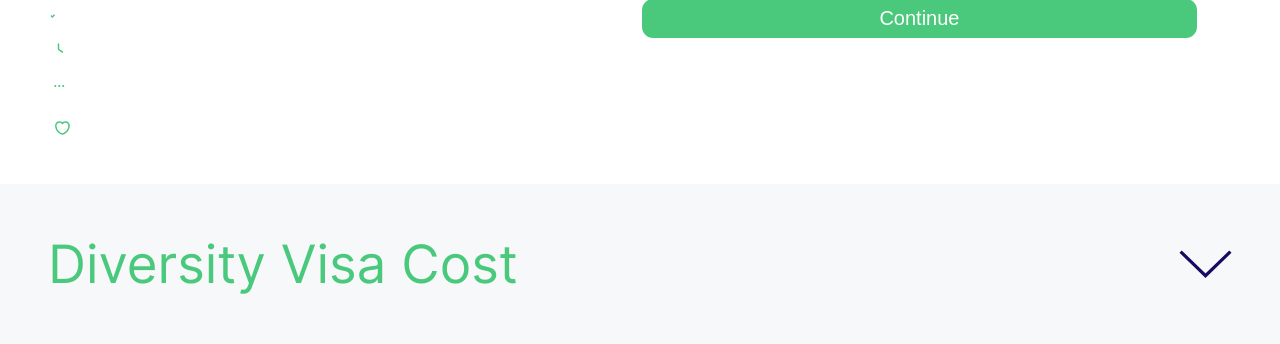
Repository: switch247/small_ui
Page: /
The author's editor kept a copy of each file at every save. The page is drawn from the files as they stood at one save, then again after the next save.
The browser window is 1280 px wide. The pictures show the part of the page from y = 723 to 1675 px (the page is 1067 px tall before and 1858 px after).
The project was rebuilt for these pictures with package versions that can differ from the ones it lists, and the page was loaded fresh each time.

Above is the page before, as saved 2023-10-12 17:26:26.

After the next save:
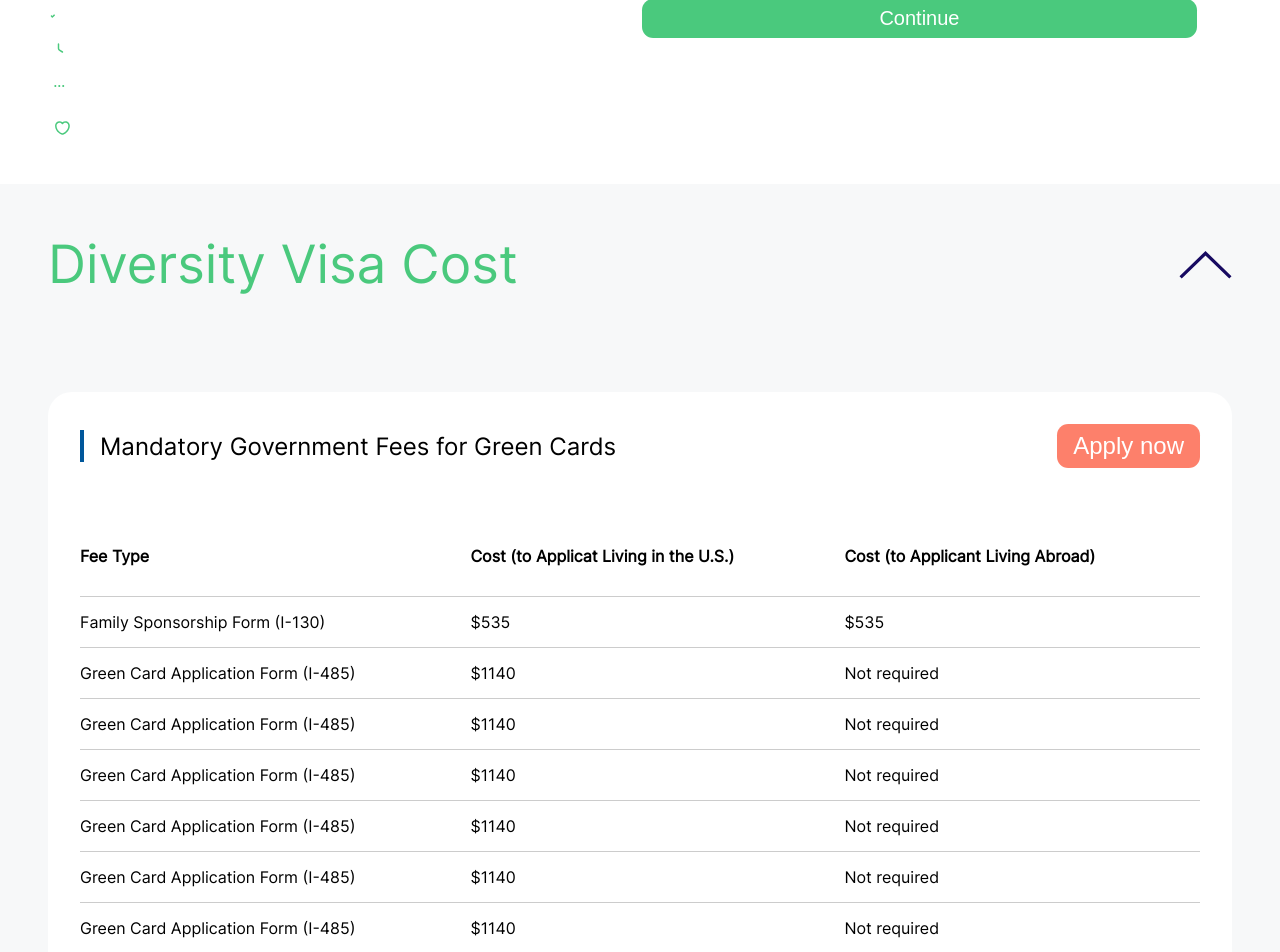
Saved 19 s later.
--- a/src/components/Description.tsx
+++ b/src/components/Description.tsx
@@ -3,7 +3,7 @@
 import "../css/components/Description.css";
 
 const Description = () => {
-  const [dropDownState, setDropDownState] = useState(false);
+  const [dropDownState, setDropDownState] = useState(true);
   let img_src = dropDownState ? "/images/up.svg" : "/images/down.svg";
   return (
     <div className="description__container">
